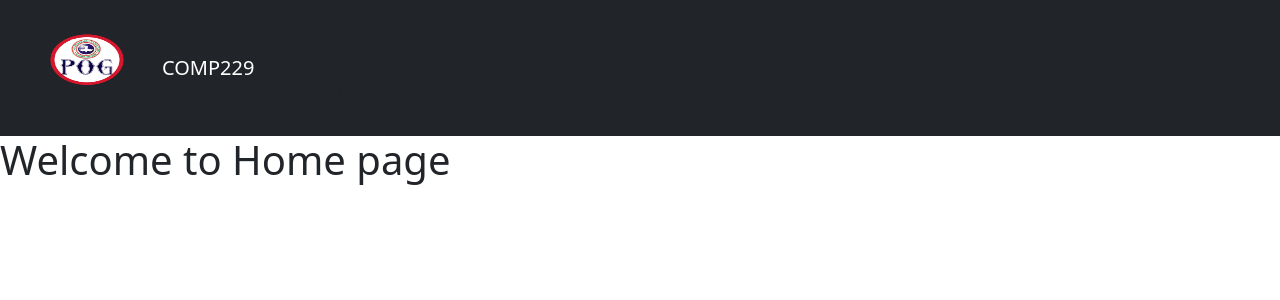
Repository: VuNhatDinhLe/test
Page: http://localhost/
An editor plug-in stored every save of this project. The page is shown before and after the next save, followed by the edit.
The browser window is 1280 px wide. The pictures show the whole page.
The page is served by the project's Node server (server.js).

Above is the page before, as saved 2023-05-24 02:13:38.

After the next save:
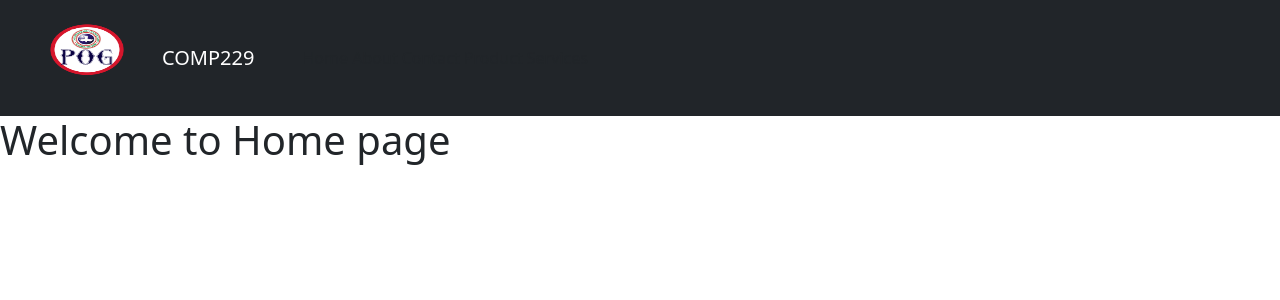
Saved 14 s later.
--- a/WEEK3DEMO/app/views/index.ejs
+++ b/WEEK3DEMO/app/views/index.ejs
@@ -16,7 +16,7 @@
         }
 
         ul.navbar-max li {
-            display: inline; /* Make the list items display inline */
+            display: inline-block; /* Make the list items display inline */
         }
     </style>
 </head>

After the 3 saves that followed:
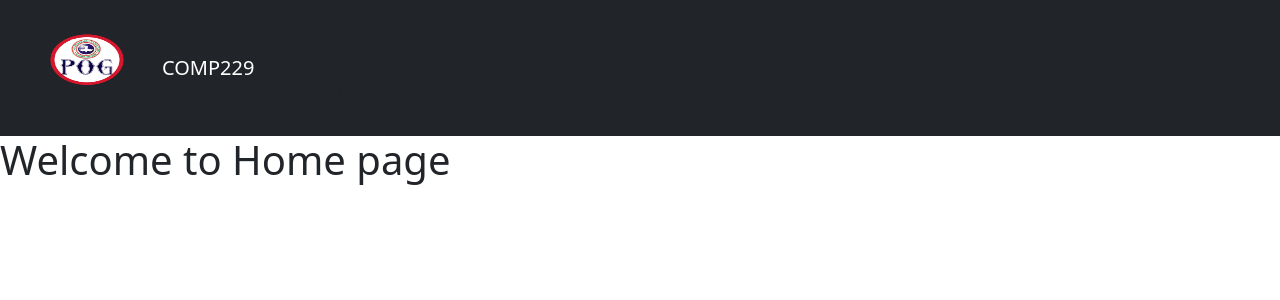
The 3 saves are shown as one change because 1 left the picture as it was and some came seconds apart.
The last was saved 64 s later.
--- a/WEEK3DEMO/app/views/index.ejs
+++ b/WEEK3DEMO/app/views/index.ejs
@@ -15,9 +15,26 @@
             display: inline; /* Display the list items inline */
         }
 
-        ul.navbar-max li {
-            display: inline-block; /* Make the list items display inline */
-        }
+
+        a:link {
+    text-decoration: none;
+}
+
+
+a:visited {
+    text-decoration: none;
+}
+
+
+a:hover {
+    text-decoration: none;
+}
+
+
+a:active {
+    text-decoration: none;
+}
+
     </style>
 </head>
 <body>
